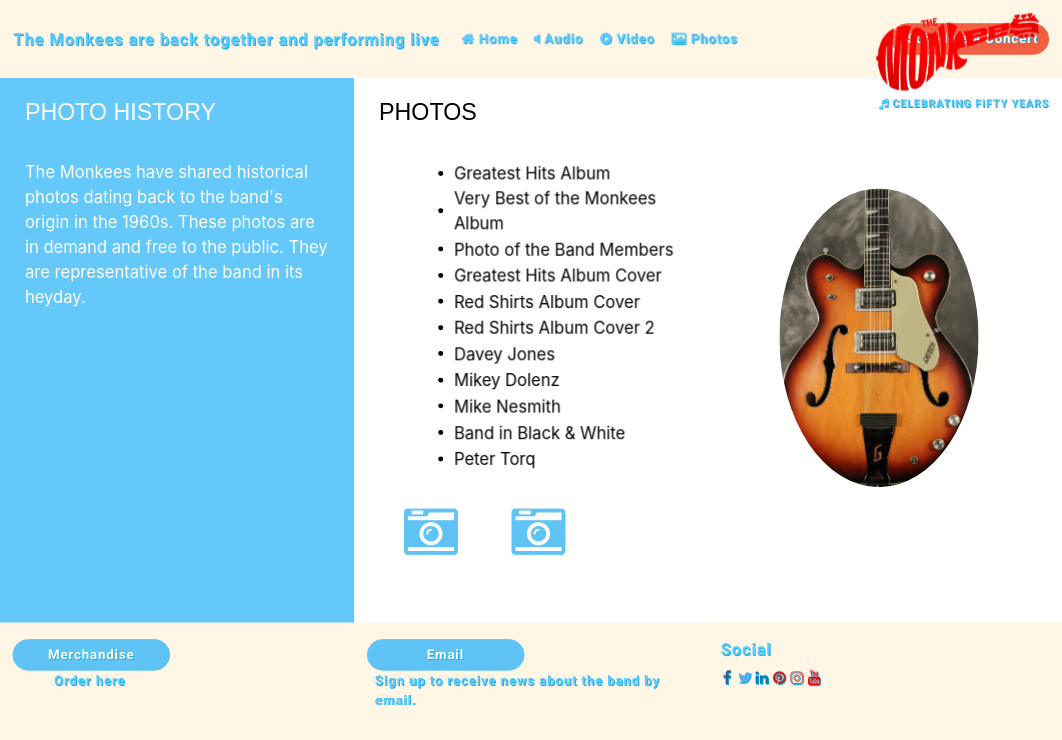
Repository: Code-Institute-Submissions/wpelizzoni-Milestone-Project-1
Page: photos.html
The author's editor kept a record of every edit. The page is drawn from the files as they stood at one moment, then again after the next edit.
The browser window is 1280 px wide. The pictures show the whole page, at 83% of full size.

Above is the page before.

After the next edit:
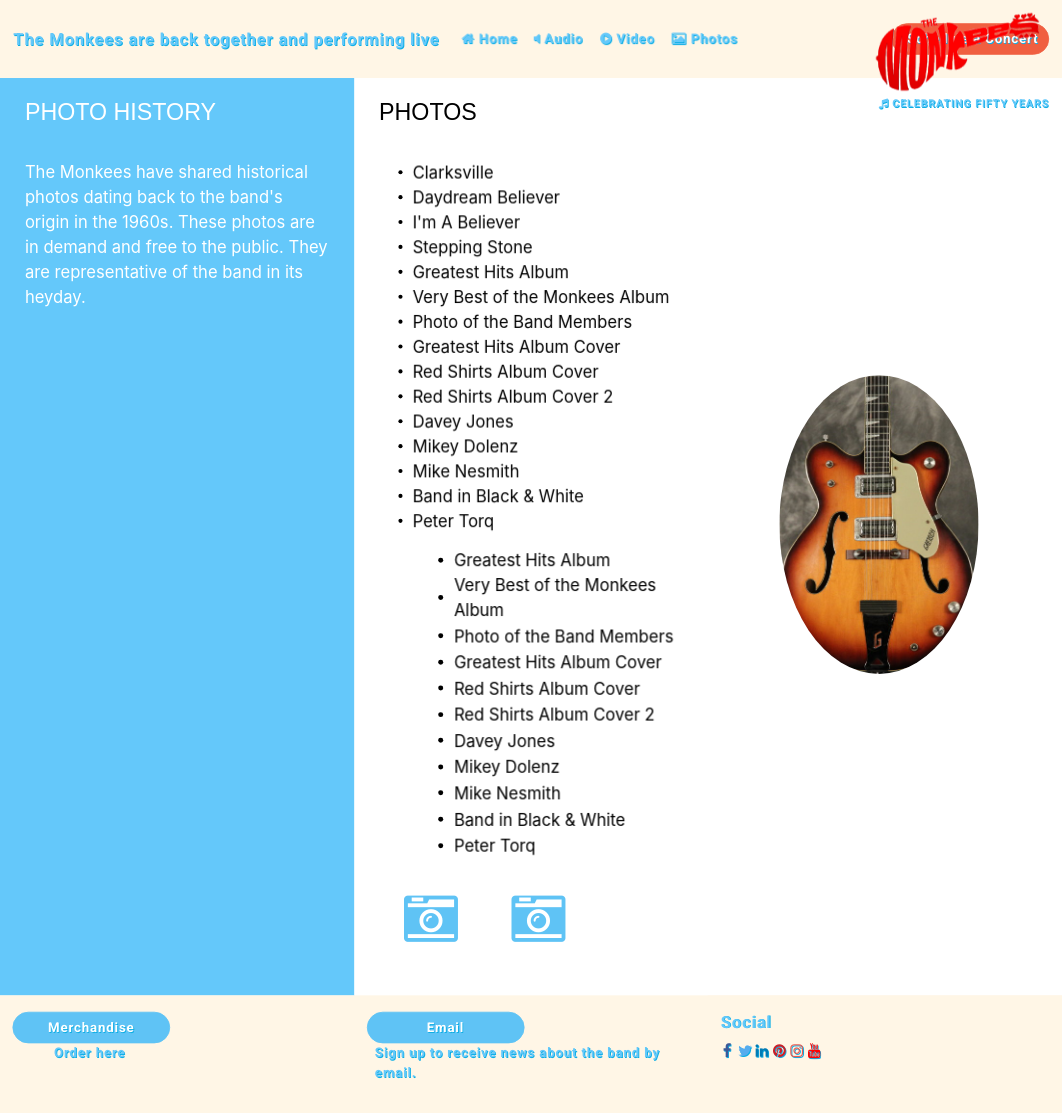
The edit:
--- a/photos.html
+++ b/photos.html
@@ -87,17 +87,15 @@
             <div class="col-md-4 bg-color-event-calendar section-column section-color-white">
                 <div class="row ">
                     <div class="col-12 ">
-                        <h3 class="history-heading uppercase " >
+                        <h3 class="history-heading uppercase ">
                             PHOTO HISTORY
                         </h3>
                     </div>
                 </div>
                 <div class="row ">
                     <div class="col-12 page-header ">
-                        <blockquote class="blockquote " >
-                            <p>The Monkees have shared historical photos dating back to the band's origin in the 1960s.
-                            These photos are in demand and free to the public.  They are representative of the
-                            band in its heyday.
+                        <blockquote class="blockquote ">
+                            <p>The Monkees have shared historical photos dating back to the band's origin in the 1960s. These photos are in demand and free to the public. They are representative of the band in its heyday.
                             </p>
                         </blockquote>
                     </div>
@@ -109,7 +107,23 @@
                 <div class="row section-color-black">
                     <div class="col-12 page-header ">
                         <h3 class="text-uppercase section-heading " style="font-weight: 400">PHOTOS</h3>
-
+                        <ul id="audio-list ">
+                            <li><a href="assets/aud2/Clarksville.mp3 " target="_blank "><span class="samples hvr-sweep-to-right " style="font-size:20px; color: black; font-weight: 400">Clarksville</span></a></li>
+                            <li><a href="assets/aud2/DaydreamBeliever.mp3 " target="_blank "><span class="samples hvr-sweep-to-right " style="font-size:20px; color: black; font-weight: 400">Daydream Believer</span></a></li>
+                            <li><a href="assets/aud2/ImABeliever.mp3 " target="_blank "><span class="samples hvr-sweep-to-right " style="font-size:20px; color: black; font-weight: 400">I'm A Believer</span></a></li>
+                            <li><a href="assets/aud2/SteppingStone.mp3 " target="_blank "><span class="samples hvr-sweep-to-right " style="font-size:20px; color: black; font-weight: 400">Stepping Stone</span></a></li>
+                            <li><a href="assets/images/album.jpg" target="_blank "><span class="samples hvr-sweep-to-right " style="font-size:20px; color:black; font-weight:400">Greatest Hits Album</span></a></li>
+                            <li><a href="assets/images/album2.jpg" target="_blank "><span class="samples hvr-sweep-to-right "style="font-size:20px; color:black; font-weight:400">Very Best of the Monkees Album</span></a></li>
+                            <li><a href="assets/images/band.jpg" target="_blank "><span class="samples hvr-sweep-to-right "style="font-size:20px; color:black; font-weight:400">Photo of the Band Members</span></a></li>
+                            <li><a href="assets/images/cover.jpg" target="_blank "><span class="samples hvr-sweep-to-right "style="font-size:20px; color:black; font-weight:400">Greatest Hits Album Cover</span></a></li>
+                            <li><a href="assets/images/cover1.jpg" target="_blank "><span class="samples hvr-sweep-to-right "style="font-size:20px; color:black; font-weight:400">Red Shirts Album Cover</span></a></li>
+                            <li><a href="assets/images/cover3.jpg" target="_blank "><span class="samples hvr-sweep-to-right "style="font-size:20px; color:black; font-weight:400">Red Shirts Album Cover 2</span></a></li>
+                            <li><a href="assets/images/dj.jpg" target="_blank "><span class="samples hvr-sweep-to-right "style="font-size:20px; color:black; font-weight:400">Davey Jones</span></a></li>
+                            <li><a href="assets/images/md.jpg" target="_blank "><span class="samples hvr-sweep-to-right "style="font-size:20px; color:black; font-weight:400">Mikey Dolenz</span></a></li>
+                            <li><a href="assets/images/mn.jpg" target="_blank "><span class="samples hvr-sweep-to-right "style="font-size:20px; color:black; font-weight:400">Mike Nesmith</span></a></li>
+                            <li><a href="assets/images/monkees.jpg" target="_blank "><span class="samples hvr-sweep-to-right "style="font-size:20px; color:black; font-weight:400">Band in Black & White</span></a></li>
+                            <li><a href="assets/images/pt.jpg" target="_blank "><span class="samples hvr-sweep-to-right "style="font-size:20px; color:black; font-weight:400">Peter Torq</span></a></li>
+                        </ul>
                         <ul id="audio-list">
                             <li><a href="assets/images/album.jpg" target="_blank "><span class="samples hvr-sweep-to-right " style="font-size:20px; color:black; font-weight:400">Greatest Hits Album</span></a></li>
                             <li><a href="assets/images/album2.jpg" target="_blank "><span class="samples hvr-sweep-to-right "style="font-size:20px; color:black; font-weight:400">Very Best of the Monkees Album</span></a></li>
@@ -239,7 +253,7 @@
 
     </footer>
 
-<div class="modal" tabindex="-1" role="dialog" id="scheduleModal">
+    <div class="modal" tabindex="-1" role="dialog" id="scheduleModal">
         <div class="modal-dialog" role="document">
             <div class="modal-content">
                 <div class="modal-header">
